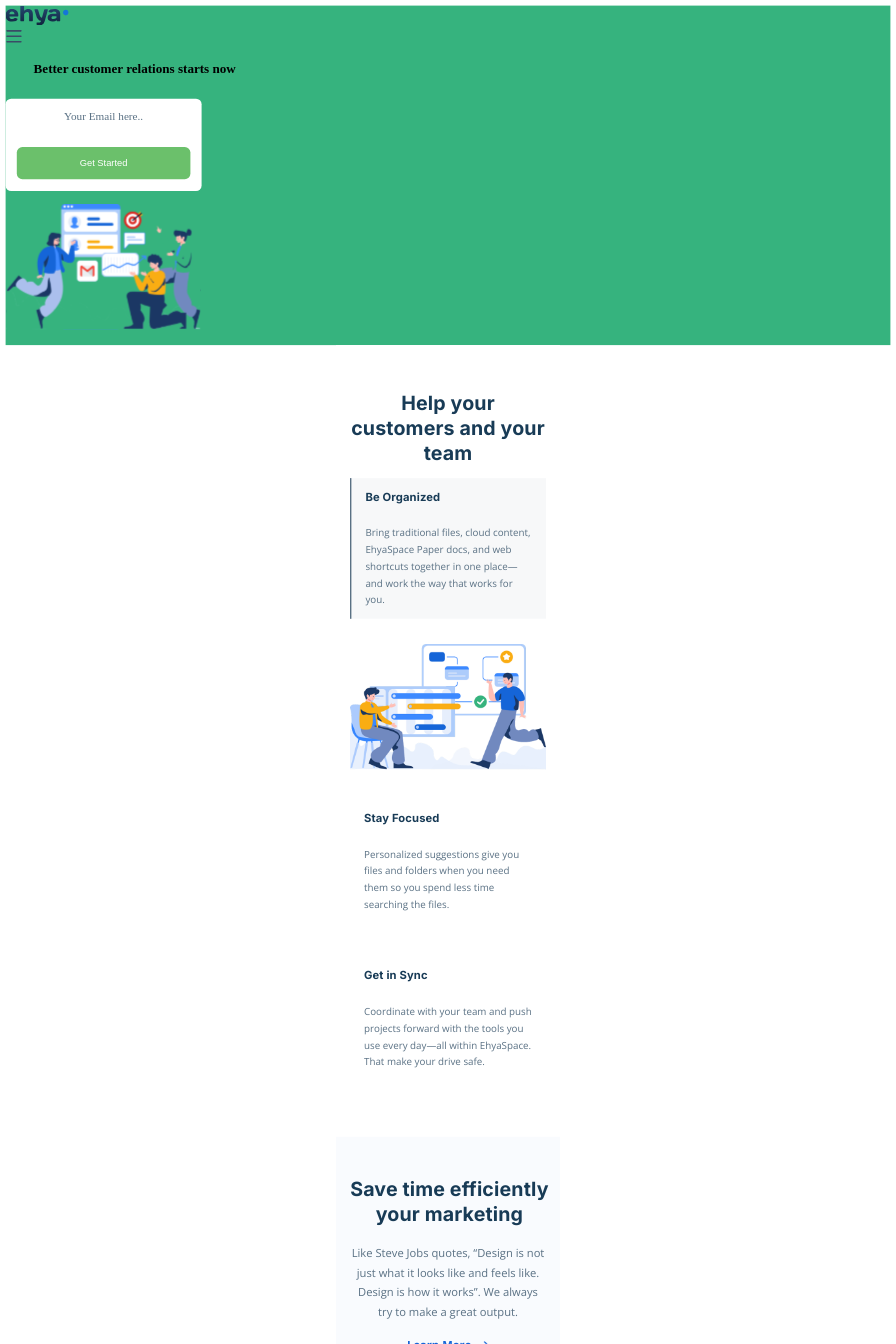
Repository: umlaufissss/provaFront
Page: HTML/index.html
These files come from the project's save history. The page is drawn as it stood at one moment and after a run of saves; the edit follows.
The browser window is 1280 px wide. The pictures show the part of the page from y = 0 to 1920 px (the page is 3547 px tall before and 3534 px after), at 70% of full size.
Some web fonts or font styles are not loaded; a fallback is used.

Above is the page before, as saved 2026-06-22 19:16:25.

### HTML/index.html
<!DOCTYPE html>
<html lang="pt-br">
<head>
    <meta charset="UTF-8">
    <meta name="viewport" content="width=device-width, initial-scale=1.0">
    <link rel="stylesheet" href="../CSS/style.css">
    <link href="https://fonts.googleapis.com/css2?family=Inter:ital,opsz,wght@0,14..32,100..900;1,14..32,100..900&family=Montserrat:ital,wght@0,100..900;1,100..900&family=Paytone+One&display=swap" rel="stylesheet">
    <link href="https://fonts.googleapis.com/css2?family=Inter:ital,opsz,wght@0,14..32,100..900;1,14..32,100..900&family=Montserrat:ital,wght@0,100..900;1,100..900&family=Open+Sans:ital,wght@0,300..800;1,300..800&family=Paytone+One&display=swap" rel="stylesheet">

    <title>Prova de Recuperação Front End</title>
</head>
<body>

    <header class="mainGrid">
        <section class="generalCard">

            <section class="topCima">

                <!-- logo -->
                <div class="sonnImg">
                    <img src="/assets/icons/Logo.svg" alt="logo">
                </div>

                <div class="menu">
                    <img src="/assets/icons/ic_Menu (1).svg" alt="menu">
                </div>

            </section>

            <section class="meio">
                <div class="phrase">
                    <ul>
                        <h1>Better customer relations starts now<p>
                    <ul>
                </div>

                <div class="card">

                    <p>Your Email here..<p>

                    <button type="button" class="button-submit">Get Started</button>

                </div>

                <div class="imagemTop">
                    <img src="/assets/img/Customer Development.svg" alt="imagemInicio">
                </div>

            </section>




        </section>
    </header>


    <main class="masterBoard">

        <section class="hero" id="teamSuggestions">

            <!-- Aqui a linha não é quebrada como proposto no Figma,
             mas seus valores de width e height são idênticos no CSS
             VEJA: "#teamSuggestions h2" em style.css-->
            <h2>Help your customers and your team</h2>

            <article class="cardSuggestions" id="beOrganized">
                <h3>
                    Be Organized
                </h3>
                <p>
                    Bring traditional files, cloud content,
                    EhyaSpace Paper docs, and web
                    shortcuts together in one
                    place—and work the way that works
                    for you.
                </p>
            </article>

            <img src="../assets/img/Organize Operations.png" alt="Organize Operations with Your Team">

            <article class="cardSuggestions">
                <h3>
                    Stay Focused
                </h3>
                <p>
                    Personalized suggestions give you
                    files and folders when you need
                    them so you spend less time
                    searching the files.
                </p>
            </article>

            <article class="cardSuggestions">
                <h3>Get in Sync</h3>
                <p>
                    Coordinate with your team and push
                    projects forward with the tools you
                    use every day—all within EhyaSpace.
                    That make your drive safe.
                </p>
            </article>
        </section>

    </main>

    <section class="second" id="saveTime">

            <h2>Save time efficiently your marketing</h2>

            <p>Like Steve Jobs quotes, “Design is not
                just what it looks like and feels like.
                Design is how it works”. We always
                try to make a great output.
            </p>

            <a class="btnLearn">
                <button type="button" aria-label="Click here to learn more">
                    Learn More <img src="../assets/icons/arrow.png">
                </button>
            </a>

            <img class="woman" src="../assets/img/Woman Falling.png" alt="Woman learning marketing">

            <img class="line" id="dotted" src="../assets/img/Line.png">

            <article class="quoteAndries">

                <!-- Aqui a linha não é quebrada como proposto no Figma,
                 mas seus valores de width e height são idênticos no CSS
                 VEJA: "#saveTime .quoteAndries p" em style.css-->
                <p>
                    “In-context messaging lets us form 1:1
                    connections  with our users
                    more efficient.
                </p>

                <h3>Andries Grootoonk</h3>
                <h4>VP Quality Assurance</h4>

                <img src="../assets/img/LogoUnionBank.png" alt="Logo of Union Bank">
            </article>
        </section>

        <footer class="baseboard">
            <section class="principalBaseboard">
                <div class="cardFooter">
                    <h4>Product</h4>
                    <ul>
                        <li><a href="/">Landingpage</a></li>
                        <li><a href="/">Features</a></li>
                        <li><a href="/">Documentation</a></li>
                        <li><a href="/">Referral Program</a></li>
                        <li><a href="/">Pricing</a></li>
                    </ul>
                </div>

                <div class="cardFooter">
                    <h4>Services</h4>
                    <ul>
                        <li><a href="/">Documentation</a></li>
                        <li><a href="/">Design</a></li>
                        <li><a href="/">Themes</a></li>
                        <li><a href="/">Illustrations</a></li>
                        <li><a href="/">UI Kit</a></li>
                    </ul>
                </div>

                <div class="cardFooter">
                    <h4>Company</h4>
                    <ul>
                        <li><a href="/">About</a></li>
                        <li><a href="/">Terms</a></li>
                        <li><a href="/">Privacy Policy</a></li>
                        <li><a href="/">Careers</a></li>
                    </ul>
                </div>

                <div class="cardFooter">
                    <h4>More</h4>
                    <ul>
                        <li><a href="/">Documentation</a></li>
                        <li><a href="/">License</a></li>
                        <li><a href="/">Changelog</a></li>
                    </ul>
                </div>
            </section>

            <section class="bottomBaseboard">

                <div class="mainIcon">
                    <img src="/assets/icons/Logo.svg" alt="Logo 'ehya' do site">
                </div>

                <p>Build a modern and creative website with crealand</p>

                <div class="networkIcons">
                    <article class="icon">
                        <a href="/"><button><img src="/assets/icons/IconG.svg" alt="Ir para página Google"></button></a>
                    </article>

                    <article class="icon">
                        <a href="/"><button><img src="/assets/icons/IconT.svg" alt="Ir para nosso perfil do Twitter"></button></a>
                    </article>

                    <article class="icon">
                        <a href="/"><button><img src="/assets/icons/IconI.svg" alt="Ir para nosso perfil do Instagram"></button></a>
                    </article>

                    <article class="icon">
                        <a href="/"><button><img src="/assets/icons/IconL.svg" alt="Ir para nosso perfil do Linkedin"></button></a>
                    </article>

                    </div>
                </section>
        </footer>
</body>
</html>

### CSS/style.css
:root
{
    --color-white: #FFF;
    --color-vibrant-green: #36B37E;
    --color-bright-gray: #F9FBFE;
    --color-brigther-gray: #F9FBFE;
    --color-navy-blue: #183B56;
    --color-vibrant-dark-blue: #1565D8;
    --color-steel-blue: #5A7184;
    --color-gray: #B3BAC5;
    --color-dotted-line: #9DAAB6;

    /*Opacidade*/
    --color-steel-blue-opacity10: rgba(179, 186, 197, 0.1);
}

*
{
    box-sizing: border-box;
}

.mainGrid{
    margin:0px;
    background-color:#36B37E ;

}

.soonImg img{
  display: flex;
  justify-content: space-between;
  align-items: center;
  margin:0px;
}

.topCima{

}

.phrase p{
    font-family: "Inter" , sans-serif;
    font-weight: 300 ;

    font-family: Inter;
    font-weight: 700;
    font-size: 32px;
    text-align: center;

}

.card{
    display: grid;
    text-align: center;
    background-color: white;
    color: #5A7184;

    width: 280px;
    height: 132px;
    top: 206px;
    left: 20px;


    border-radius: 8px;
    justify-content: center;
    align-items: center;
}


.card button{
    background-color: rgb(107, 192, 107);
    color: white;

    height: 46px;
    width: 248px;
    border: 0px;
    border-radius: 8px;

    top: 276px;
    left: 36px;


}

.imagemTop img{
    width: 280px;
    height: 180px;

    margin: 18px 0 18px;

}




.masterBoard
{
    padding: 0 20px;
    background-color: var(--color-white);

    width: 320px;
    justify-self: center;
}

#teamSuggestions
{
    display: flex;
    flex-direction: column;
    justify-self: center;

    padding: 64px 0 56px;
}
#teamSuggestions h2
{
    font-family: "Inter", sans-serif;
    font-weight: 700;
    font-size: 28px;
    line-height: 36px;
    letter-spacing: 0.2px;
    text-align: center;

    color: var(--color-navy-blue);

    margin: 0;

    width: 280px;
    height: 108px;
}

#teamSuggestions .cardSuggestions
{
    width: 280px;
    height: 201px;
    display: flex;
    flex-direction: column;
    justify-content: center;

    margin: 12px 0;
}

#teamSuggestions .cardSuggestions h3
{
    font-family: "Inter",sans-serif;
    font-weight: 700;
    font-size: 16px;
    line-height: 20px;
    letter-spacing: 0.2px;

    color: var(--color-navy-blue);

    margin-left: 20px;
}

#teamSuggestions .cardSuggestions p
{
    font-family: Open Sans;
    font-weight: 400;
    font-size: 14px;
    line-height: 24px;
    letter-spacing: 0px;

    color: var(--color-steel-blue);
    margin-left: 20px;

    width: 240px;
}

#teamSuggestions img
{
    width: 280px;
    height: 180px;

    margin: 18px 0 18px;
}

#teamSuggestions #beOrganized
{

    background-color: var(--color-steel-blue-opacity10);
    border-left: 2px solid var(--color-steel-blue);

    margin: 18px 0;
}

#saveTime
{
    padding: 56px 20px 58px;
    background-color: var(--color-brigther-gray);

    width: 320px;
    display: flex;
    flex-direction: column;
    justify-self: center;
    text-align: center;
}

#saveTime h2
{
    font-family: "Inter", sans-serif;
    font-weight: 700;
    font-size: 28px;
    line-height: 36px;
    letter-spacing: 0.2px;
    text-align: center;

    color: var(--color-navy-blue);

    width: 284px;
    height: 72px;

    margin: 0;
}

#saveTime p
{
    font-family: "Open Sans", sans-serif;
    font-weight: 400;
    font-size: 16px;
    line-height: 28px;
    letter-spacing: 0px;
    text-align: center;

    color: var(--color-steel-blue);

    width: 280px;
    height: 112px;

    margin: 24px 0;
}

#saveTime .btnLearn
{
    display: flex;

    justify-content: center;
    margin-bottom: 34px;

}

#saveTime .btnLearn button
{
    font-family: "Open Sans", sans-serif;
    font-weight: 700;
    font-size: 16px;
    line-height: 100%;
    letter-spacing: 0px;

    background-color: transparent;
    border: none;
    color: var(--color-vibrant-dark-blue);
}

#saveTime .btnLearn button img
{
    margin-left: 10px;
}

#saveTime .woman
{
    width: 280px;
    height: 192px;
}

#saveTime #dotted.line
{
    margin: 40px 0 37px;
}

#saveTime .quoteAndries p
{
    font-family: "Open Sans", sans-serif;
    font-weight: 400;
    font-size: 14px;
    line-height: 24px;
    letter-spacing: 0px;
    text-align: center;

    width: 280px;
    height: 72px;

    margin: 0;

    color: var(--color-steel-blue);
}

#saveTime .quoteAndries h3
{
    font-family: "Open Sans", sans-serif;
    font-weight: 600;
    font-size: 16px;
    line-height: 100%;
    letter-spacing: 0px;

    color: var(--color-navy-blue);

    margin: 20px 0 7px;
}

#saveTime .quoteAndries h4
{
    font-family: Open Sans;
    font-weight: 400;
    font-size: 14px;
    line-height: 20px;
    letter-spacing: 0px;
    text-align: center;

    color: var(--color-steel-blue);

    margin: 0 0 20px;
}

#saveTime .quoteAndries img
{
    width: 102.85px;
    height: 34.1px;
}

.cardFooter ul li {
    list-style-type: none;
    margin: 15px;

}
.cardFooter a{
    font-family: "Open Sans", sans-serif;
    font-size: 14px;
    color: var(--color-navy-blue);
    text-decoration: none;
}

After the next 3 saves:
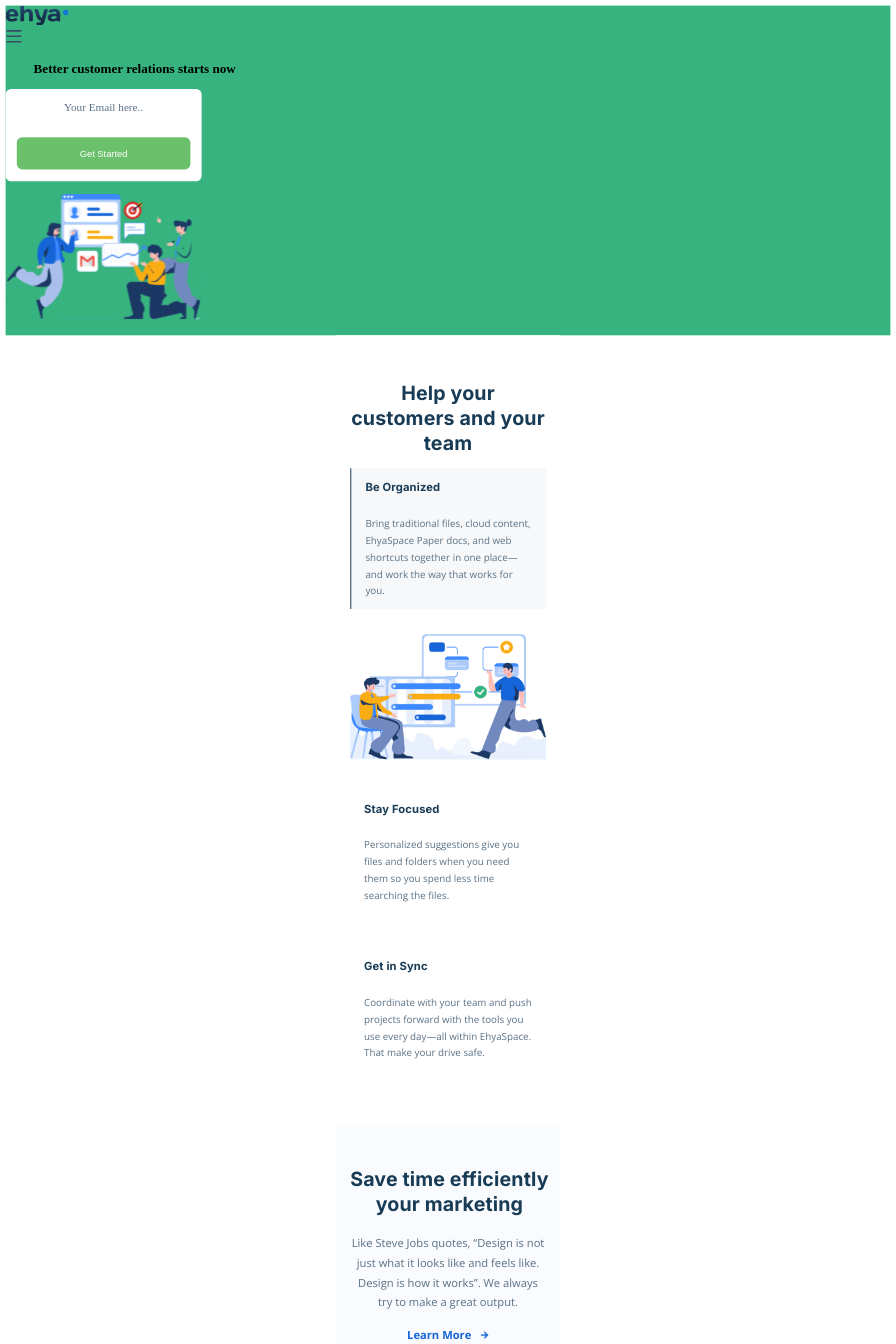
The 3 saves are shown as one change because they came seconds apart.
The last was saved 9 s later.
--- a/HTML/index.html
+++ b/HTML/index.html
@@ -30,8 +30,8 @@
             <section class="meio">
                 <div class="phrase">
                     <ul>
-                        <h1>Better customer relations starts now<p>
-                    <ul>
+                        <h1>Better customer relations starts now<h1>
+
                 </div>
 
                 <div class="card">
@@ -104,7 +104,7 @@
 
     </main>
 
-    <section class="second" id="saveTime">
+        <section class="second" id="saveTime">
 
             <h2>Save time efficiently your marketing</h2>
 
